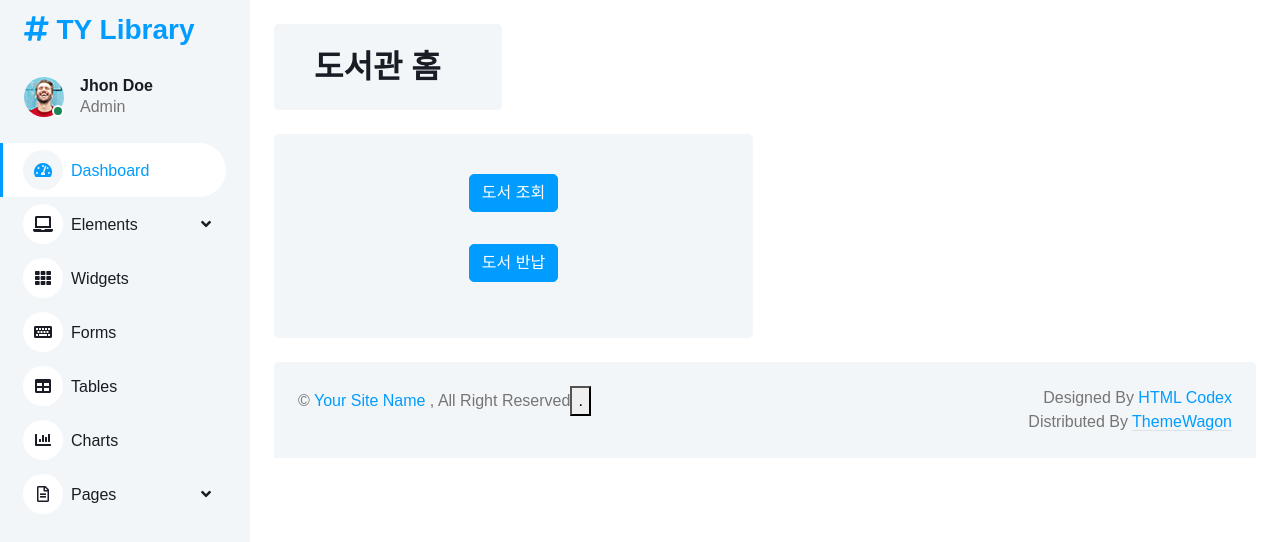
Repository: maryong2/myfirstgitproject
Page: http://localhost/library/WEB-INF/views/admin/librarian-home.jsp
An editor plug-in stored every save of this project. The page is shown before and after the next save, followed by the edit.
The browser window is 1280 px wide. The pictures show the whole page.
Some web fonts or font styles are not loaded; a fallback is used. Some web libraries are served in a nearby version. The page is served by Tomcat 9. Nobody is signed in. Other server files are loaded and not shown. The template is opened directly, without the code that normally fills it, so the values that code supplies are empty.

Above is the page before, as saved 2023-11-26 08:51:21.
Console error: TypeError: Cannot read properties of undefined (reading 'getContext')

### library/src/main/webapp/WEB-INF/views/admin/librarian-home.jsp
<%@ page language="java" contentType="text/html; charset=UTF-8"
	pageEncoding="UTF-8"%>
<!DOCTYPE html>
<html lang="en">

<head>
<meta charset="utf-8">
<title>DASHMIN - Bootstrap Admin Template</title>
<meta content="width=device-width, initial-scale=1.0" name="viewport">
<meta content="" name="keywords">
<meta content="" name="description">

<!-- Favicon -->
<link href="img/favicon.ico" rel="icon">

<!-- Google Web Fonts -->
<link rel="preconnect" href="https://fonts.googleapis.com">
<link rel="preconnect" href="https://fonts.gstatic.com" crossorigin>
<link
	href="https://fonts.googleapis.com/css2?family=Heebo:wght@400;500;600;700&display=swap"
	rel="stylesheet">

<!-- Icon Font Stylesheet -->
<link
	href="https://cdnjs.cloudflare.com/ajax/libs/font-awesome/5.10.0/css/all.min.css"
	rel="stylesheet">
<link
	href="https://cdn.jsdelivr.net/npm/bootstrap-icons@1.4.1/font/bootstrap-icons.css"
	rel="stylesheet">

<!-- Libraries Stylesheet -->
<link href="/lib/owlcarousel/assets/owl.carousel.min.css"
	rel="stylesheet">
<link href="/lib/tempusdominus/css/tempusdominus-bootstrap-4.min.css"
	rel="stylesheet" />

<!-- Customized Bootstrap Stylesheet -->
<link href="/css/bootstrap.min.css" rel="stylesheet">

<!-- Template Stylesheet -->
<link href="/css/style.css" rel="stylesheet">
</head>

<body>
	<div class="container-xxl position-relative bg-white d-flex p-0">
		<!-- Spinner Start -->
		<div id="spinner"
			class="show bg-white position-fixed translate-middle w-100 vh-100 top-50 start-50 d-flex align-items-center justify-content-center">
			<div class="spinner-border text-primary"
				style="width: 3rem; height: 3rem;" role="status">
				<span class="sr-only">Loading...</span>
			</div>
		</div>
		<!-- Spinner End -->


		<!-- Sidebar Start -->
		<div class="sidebar pe-4 pb-3">
			<nav class="navbar bg-light navbar-light">
				<a href="/tylibrary/admin" class="navbar-brand mx-4 mb-3">
					<h3 class="text-primary">
						<i class="fa fa-hashtag me-2"></i>TY Library
					</h3>
				</a>
				<div class="d-flex align-items-center ms-4 mb-4">
					<div class="position-relative">
						<img class="rounded-circle" src="img/user.jpg" alt=""
							style="width: 40px; height: 40px;">
						<div
							class="bg-success rounded-circle border border-2 border-white position-absolute end-0 bottom-0 p-1"></div>
					</div>
					<div class="ms-3">
						<h6 class="mb-0">Jhon Doe</h6>
						<span>Admin</span>
					</div>
				</div>
				<div class="navbar-nav w-100">
					<a href="/tylibrary/admin" class="nav-item nav-link active"><i
						class="fa fa-tachometer-alt me-2"></i>Dashboard</a>
					<div class="nav-item dropdown">
						<a href="#" class="nav-link dropdown-toggle"
							data-bs-toggle="dropdown"><i class="fa fa-laptop me-2"></i>Elements</a>
						<div class="dropdown-menu bg-transparent border-0">
							<a href="button.html" class="dropdown-item">Buttons</a> <a
								href="typography.html" class="dropdown-item">Typography</a> <a
								href="element.html" class="dropdown-item">Other Elements</a>
						</div>
					</div>
					<a href="widget.html" class="nav-item nav-link"><i
						class="fa fa-th me-2"></i>Widgets</a> <a href="form.html"
						class="nav-item nav-link"><i class="fa fa-keyboard me-2"></i>Forms</a>
					<a href="table.html" class="nav-item nav-link"><i
						class="fa fa-table me-2"></i>Tables</a> <a href="chart.html"
						class="nav-item nav-link"><i class="fa fa-chart-bar me-2"></i>Charts</a>
					<div class="nav-item dropdown">
						<a href="#" class="nav-link dropdown-toggle"
							data-bs-toggle="dropdown"><i class="far fa-file-alt me-2"></i>Pages</a>
						<div class="dropdown-menu bg-transparent border-0">
							<a href="signin.html" class="dropdown-item">Sign In</a> <a
								href="signup.html" class="dropdown-item">Sign Up</a> <a
								href="404.html" class="dropdown-item">404 Error</a> <a
								href="blank.html" class="dropdown-item">Blank Page</a>
						</div>
					</div>
				</div>
			</nav>
		</div>
		<!-- Sidebar End -->


		<!-- Content Start -->
		<div class="content">
			<!-- Navbar Start -->
			<nav
				class="navbar navbar-expand bg-light navbar-light sticky-top px-4 py-0">
				<a href="/tylibrary/admin"
					class="navbar-brand d-flex d-lg-none me-4">
					<h2 class="text-primary mb-0">TY Library</h2>
				</a>
			</nav>
			<!-- Navbar End -->


			<!-- Sale & Revenue Start -->
			<div class="container-fluid pt-4 px-4">
				<div class="row g-4">
					<div class="col-sm-12 col-xl-3">
						<div class="bg-light rounded d-md-flex align-items-center p-4">
							<div class="ms-3">
								<h2 class="mb-0 text-center">도서관 홈</h2>
							</div>
						</div>
					</div>
				</div>
			</div>
			<!-- Sale & Revenue End -->


			<!-- Sales Chart Start -->
			<div class="container-fluid pt-4 px-4">
				<div class="row g-4">
					<div class="col-sm-12 col-xl-6">
						<div class="bg-light text-center rounded p-4">

							<h6 class="mb-0"></h6>

							<table class="table table-borderless">
								<thead>
								</thead>
								<tbody>
									<tr>
										<td>
											<button type="button" class="btn btn-primary m-2"
												onclick="go('search')">도서 조회</button>
										</td>

									</tr>
									<!-- <tr>

										<td>
											<button type="button" class="btn btn-primary m-2"
												onclick="goPost('rent')">도서 대여</button>
										</td>
									</tr> -->
									<tr>


										<td>
											<button type="button" class="btn btn-primary m-2"
												onclick="goPost('return')">도서 반납</button>
										</td>

									</tr>
								</tbody>
							</table>
						</div>
					</div>
					<!-- secreat form!!!!!!!!!!!!!!!!!!!!!!!!!!!!!!!! -->
					<form id="myForm" action="librarian" method="post"
						style="display: none;">
						<input id="state_input" type="hidden" name="state" value="return">
					</form>
				</div>
			</div>
			<!-- Footer Start -->

			<div class="container-fluid pt-4 px-4">
				<div class="bg-light rounded-top p-4">
					<div class="row">
						<div class="col-12 col-sm-6 text-center text-sm-start">
							&copy;
							<a href="#" id="out">Your Site Name</a>
							, All Right Reserved<button id="out">.</button>
						</div>
						<div class="col-12 col-sm-6 text-center text-sm-end">
							<!--/*** This template is free as long as you keep the footer author’s credit link/attribution link/backlink. If you'd like to use the template without the footer author’s credit link/attribution link/backlink, you can purchase the Credit Removal License from "https://htmlcodex.com/credit-removal". Thank you for your support. ***/-->
							Designed By <a href="https://htmlcodex.com">HTML Codex</a> </br>
							Distributed By <a class="border-bottom"
								href="https://themewagon.com" target="_blank">ThemeWagon</a>
						</div>
					</div>
				</div>
			</div>
			<!-- Footer End -->
		</div>
		<!-- Content End -->


		<!-- Back to Top -->
	</div>
	<script src="https://code.jquery.com/jquery-3.4.1.min.js"></script>
	<script type="text/javascript">
		let i = 0;
		function go(url) {
			window.location.href = url;
		}
		function goPost(state) {
			let form = document.getElementById('myForm');
			let input = document.getElementById('state_input')
			input.value = state;
			form.submit();
		}

		$("#out").click(function() {
			i++;
			console.log(i)
			if (i == 5) {
				window.location.href = 'admin/logout'; // 5번 클릭하면 로그아웃 페이지로 이동
			}
		});
	</script>

	<!-- JavaScript Libraries -->

	<script
		src="https://cdn.jsdelivr.net/npm/bootstrap@5.0.0/dist/js/bootstrap.bundle.min.js"></script>
	<script src="/lib/chart/chart.min.js"></script>
	<script src="/lib/easing/easing.min.js"></script>
	<script src="/lib/waypoints/waypoints.min.js"></script>
	<script src="/lib/owlcarousel/owl.carousel.min.js"></script>
	<script src="/lib/tempusdominus/js/moment.min.js"></script>
	<script src="/lib/tempusdominus/js/moment-timezone.min.js"></script>
	<script src="/lib/tempusdominus/js/tempusdominus-bootstrap-4.min.js"></script>

	<!-- Template Javascript -->
	<script src="/js/main.js"></script>
</body>

</html>

### library/src/main/resources/static/css/style.css
/********** Template CSS **********/
:root {
    --primary: #009CFF;
    --light: #F3F6F9;
    --dark: #191C24;
}

.back-to-top {
    position: fixed;
    display: none;
    right: 45px;
    bottom: 45px;
    z-index: 99;
}


/*** Spinner ***/
#spinner {
    opacity: 0;
    visibility: hidden;
    transition: opacity .5s ease-out, visibility 0s linear .5s;
    z-index: 99999;
}

#spinner.show {
    transition: opacity .5s ease-out, visibility 0s linear 0s;
    visibility: visible;
    opacity: 1;
}


/*** Button ***/
.btn {
    transition: .5s;
}

.btn.btn-primary {
    color: #FFFFFF;
}

.btn-square {
    width: 38px;
    height: 38px;
}

.btn-sm-square {
    width: 32px;
    height: 32px;
}

.btn-lg-square {
    width: 48px;
    height: 48px;
}

.btn-square,
.btn-sm-square,
.btn-lg-square {
    padding: 0;
    display: inline-flex;
    align-items: center;
    justify-content: center;
    font-weight: normal;
    border-radius: 50px;
}


/*** Layout ***/
.sidebar {
    position: fixed;
    top: 0;
    left: 0;
    bottom: 0;
    width: 250px;
    height: 100vh;
    overflow-y: auto;
    background: var(--light);
    transition: 0.5s;
    z-index: 999;
}

.content {
    margin-left: 250px;
    min-height: 100vh;
    background: #FFFFFF;
    transition: 0.5s;
}

@media (min-width: 992px) {
    .sidebar {
        margin-left: 0;
    }

    .sidebar.open {
        margin-left: -250px;
    }

    .content {
        width: calc(100% - 250px);
    }

    .content.open {
        width: 100%;
        margin-left: 0;
    }
}

@media (max-width: 991.98px) {
    .sidebar {
        margin-left: -250px;
    }

    .sidebar.open {
        margin-left: 0;
    }

    .content {
        width: 100%;
        margin-left: 0;
    }
}


/*** Navbar ***/
.sidebar .navbar .navbar-nav .nav-link {
    padding: 7px 20px;
    color: var(--dark);
    font-weight: 500;
    border-left: 3px solid var(--light);
    border-radius: 0 30px 30px 0;
    outline: none;
}

.sidebar .navbar .navbar-nav .nav-link:hover,
.sidebar .navbar .navbar-nav .nav-link.active {
    color: var(--primary);
    background: #FFFFFF;
    border-color: var(--primary);
}

.sidebar .navbar .navbar-nav .nav-link i {
    width: 40px;
    height: 40px;
    display: inline-flex;
    align-items: center;
    justify-content: center;
    background: #FFFFFF;
    border-radius: 40px;
}

.sidebar .navbar .navbar-nav .nav-link:hover i,
.sidebar .navbar .navbar-nav .nav-link.active i {
    background: var(--light);
}

.sidebar .navbar .dropdown-toggle::after {
    position: absolute;
    top: 15px;
    right: 15px;
    border: none;
    content: "\f107";
    font-family: "Font Awesome 5 Free";
    font-weight: 900;
    transition: .5s;
}

.sidebar .navbar .dropdown-toggle[aria-expanded=true]::after {
    transform: rotate(-180deg);
}

.sidebar .navbar .dropdown-item {
    padding-left: 25px;
    border-radius: 0 30px 30px 0;
}

.content .navbar .navbar-nav .nav-link {
    margin-left: 25px;
    padding: 12px 0;
    color: var(--dark);
    outline: none;
}

.content .navbar .navbar-nav .nav-link:hover,
.content .navbar .navbar-nav .nav-link.active {
    color: var(--primary);
}

.content .navbar .sidebar-toggler,
.content .navbar .navbar-nav .nav-link i {
    width: 40px;
    height: 40px;
    display: inline-flex;
    align-items: center;
    justify-content: center;
    background: #FFFFFF;
    border-radius: 40px;
}

.content .navbar .dropdown-toggle::after {
    margin-left: 6px;
    vertical-align: middle;
    border: none;
    content: "\f107";
    font-family: "Font Awesome 5 Free";
    font-weight: 900;
    transition: .5s;
}

.content .navbar .dropdown-toggle[aria-expanded=true]::after {
    transform: rotate(-180deg);
}

@media (max-width: 575.98px) {
    .content .navbar .navbar-nav .nav-link {
        margin-left: 15px;
    }
}


/*** Date Picker ***/
.bootstrap-datetimepicker-widget.bottom {
    top: auto !important;
}

.bootstrap-datetimepicker-widget .table * {
    border-bottom-width: 0px;
}

.bootstrap-datetimepicker-widget .table th {
    font-weight: 500;
}

.bootstrap-datetimepicker-widget.dropdown-menu {
    padding: 10px;
    border-radius: 2px;
}

.bootstrap-datetimepicker-widget table td.active,
.bootstrap-datetimepicker-widget table td.active:hover {
    background: var(--primary);
}

.bootstrap-datetimepicker-widget table td.today::before {
    border-bottom-color: var(--primary);
}


/*** Testimonial ***/
.progress .progress-bar {
    width: 0px;
    transition: 2s;
}


/*** Testimonial ***/
.testimonial-carousel .owl-dots {
    margin-top: 24px;
    display: flex;
    align-items: flex-end;
    justify-content: center;
}

.testimonial-carousel .owl-dot {
    position: relative;
    display: inline-block;
    margin: 0 5px;
    width: 15px;
    height: 15px;
    border: 5px solid var(--primary);
    border-radius: 15px;
    transition: .5s;
}

.testimonial-carousel .owl-dot.active {
    background: var(--dark);
    border-color: var(--primary);
}

### library/src/main/resources/static/js/main.js
(function ($) {
    "use strict";

    // Spinner
    var spinner = function () {
        setTimeout(function () {
            if ($('#spinner').length > 0) {
                $('#spinner').removeClass('show');
            }
        }, 1);
    };
    spinner();


    // Back to top button
    $(window).scroll(function () {
        if ($(this).scrollTop() > 300) {
            $('.back-to-top').fadeIn('slow');
        } else {
            $('.back-to-top').fadeOut('slow');
        }
    });
    $('.back-to-top').click(function () {
        $('html, body').animate({scrollTop: 0}, 1500, 'easeInOutExpo');
        return false;
    });


    // Sidebar Toggler
    $('.sidebar-toggler').click(function () {
        $('.sidebar, .content').toggleClass("open");
        return false;
    });


    // Progress Bar
    $('.pg-bar').waypoint(function () {
        $('.progress .progress-bar').each(function () {
            $(this).css("width", $(this).attr("aria-valuenow") + '%');
        });
    }, {offset: '80%'});


	function getWeekendDates(startDate, endDate) {
		var weekendDates = [];

		while (startDate <= endDate) {
			if (startDate.getDay() === 0 || startDate.getDay() === 6) {
				// 주말인 경우 날짜를 원하는 형식(예: 'YYYY/MM/DD')으로 포맷팅
				var formattedDate = startDate.getFullYear() + '/' + (startDate.getMonth() + 1) + '/' + startDate.getDate();
				weekendDates.push(formattedDate);
			}
			startDate.setDate(startDate.getDate() + 1);
		}

		return weekendDates;
	}

	function convertDay(toDay, weeks) {
		let after = new Date(toDay.getTime() + 7 * weeks * 24 * 60 * 60 * 1000);
		let year = after.getFullYear();
		let month = after.getMonth() + 1;
		let day = after.getDate();
		let ret = year + "/" + (month < 10 ? "0" : "") + month + "/" + day;
		return ret;
	}





	let toDay = new Date();
	let minday = convertDay(toDay, 2)
	var maxday = convertDay(toDay, 4);
	var weekendDatesArray = getWeekendDates(toDay, new Date(toDay.getTime() + 7 * 4 * 24 * 60 * 60 * 1000));
    // Calender
    $('#calender').datetimepicker({
        inline: true,
		format: 'Y-m-d',
		minDate: minday,
		defaultDate: minday,
		maxDate: maxday,
		locale: moment.locale("ko"),
		disabledDates: weekendDatesArray,
    });


    // Testimonials carousel
    $(".testimonial-carousel").owlCarousel({
        autoplay: true,
        smartSpeed: 1000,
        items: 1,
        dots: true,
        loop: true,
        nav : false
    });


    // Worldwide Sales Chart
    var ctx1 = $("#worldwide-sales").get(0).getContext("2d");
    var myChart1 = new Chart(ctx1, {
        type: "bar",
        data: {
            labels: ["2016", "2017", "2018", "2019", "2020", "2021", "2022"],
            datasets: [{
                    label: "USA",
                    data: [15, 30, 55, 65, 60, 80, 95],
                    backgroundColor: "rgba(0, 156, 255, .7)"
                },
                {
                    label: "UK",
                    data: [8, 35, 40, 60, 70, 55, 75],
                    backgroundColor: "rgba(0, 156, 255, .5)"
                },
                {
                    label: "AU",
                    data: [12, 25, 45, 55, 65, 70, 60],
                    backgroundColor: "rgba(0, 156, 255, .3)"
                }
            ]
            },
        options: {
            responsive: true
        }
    });


    // Salse & Revenue Chart
    var ctx2 = $("#salse-revenue").get(0).getContext("2d");
    var myChart2 = new Chart(ctx2, {
        type: "line",
        data: {
            labels: ["2016", "2017", "2018", "2019", "2020", "2021", "2022"],
            datasets: [{
                    label: "Salse",
                    data: [15, 30, 55, 45, 70, 65, 85],
                    backgroundColor: "rgba(0, 156, 255, .5)",
                    fill: true
                },
                {
                    label: "Revenue",
                    data: [99, 135, 170, 130, 190, 180, 270],
                    backgroundColor: "rgba(0, 156, 255, .3)",
                    fill: true
                }
            ]
            },
        options: {
            responsive: true
        }
    });



    // Single Line Chart
    var ctx3 = $("#line-chart").get(0).getContext("2d");
    var myChart3 = new Chart(ctx3, {
        type: "line",
        data: {
            labels: [50, 60, 70, 80, 90, 100, 110, 120, 130, 140, 150],
            datasets: [{
                label: "Salse",
                fill: false,
                backgroundColor: "rgba(0, 156, 255, .3)",
                data: [7, 8, 8, 9, 9, 9, 10, 11, 14, 14, 15]
            }]
        },
        options: {
            responsive: true
        }
    });


    // Single Bar Chart
    var ctx4 = $("#bar-chart").get(0).getContext("2d");
    var myChart4 = new Chart(ctx4, {
        type: "bar",
        data: {
            labels: ["Italy", "France", "Spain", "USA", "Argentina"],
            datasets: [{
                backgroundColor: [
                    "rgba(0, 156, 255, .7)",
                    "rgba(0, 156, 255, .6)",
                    "rgba(0, 156, 255, .5)",
                    "rgba(0, 156, 255, .4)",
                    "rgba(0, 156, 255, .3)"
                ],
                data: [55, 49, 44, 24, 15]
            }]
        },
        options: {
            responsive: true
        }
    });


    // Pie Chart
    var ctx5 = $("#pie-chart").get(0).getContext("2d");
    var myChart5 = new Chart(ctx5, {
        type: "pie",
        data: {
            labels: ["Italy", "France", "Spain", "USA", "Argentina"],
            datasets: [{
                backgroundColor: [
                    "rgba(0, 156, 255, .7)",
                    "rgba(0, 156, 255, .6)",
                    "rgba(0, 156, 255, .5)",
                    "rgba(0, 156, 255, .4)",
                    "rgba(0, 156, 255, .3)"
                ],
                data: [55, 49, 44, 24, 15]
            }]
        },
        options: {
            responsive: true
        }
    });


    // Doughnut Chart
    var ctx6 = $("#doughnut-chart").get(0).getContext("2d");
    var myChart6 = new Chart(ctx6, {
        type: "doughnut",
        data: {
            labels: ["Italy", "France", "Spain", "USA", "Argentina"],
            datasets: [{
                backgroundColor: [
                    "rgba(0, 156, 255, .7)",
                    "rgba(0, 156, 255, .6)",
                    "rgba(0, 156, 255, .5)",
                    "rgba(0, 156, 255, .4)",
                    "rgba(0, 156, 255, .3)"
                ],
                data: [55, 49, 44, 24, 15]
            }]
        },
        options: {
            responsive: true
        }
    });


})(jQuery);

Loaded but not shown: library/src/main/resources/static/lib/owlcarousel/assets/owl.carousel.min.css (common file); library/src/main/resources/static/lib/tempusdominus/css/tempusdominus-bootstrap-4.min.css (library); library/src/main/resources/static/css/bootstrap.min.css (library); library/src/main/resources/static/lib/chart/chart.min.js (library); library/src/main/resources/static/lib/easing/easing.min.js (common file); library/src/main/resources/static/lib/waypoints/waypoints.min.js (library); library/src/main/resources/static/lib/owlcarousel/owl.carousel.min.js (library); library/src/main/resources/static/lib/tempusdominus/js/moment.min.js (library); library/src/main/resources/static/lib/tempusdominus/js/moment-timezone.min.js (library); library/src/main/resources/static/lib/tempusdominus/js/tempusdominus-bootstrap-4.min.js (library)

After the next save:
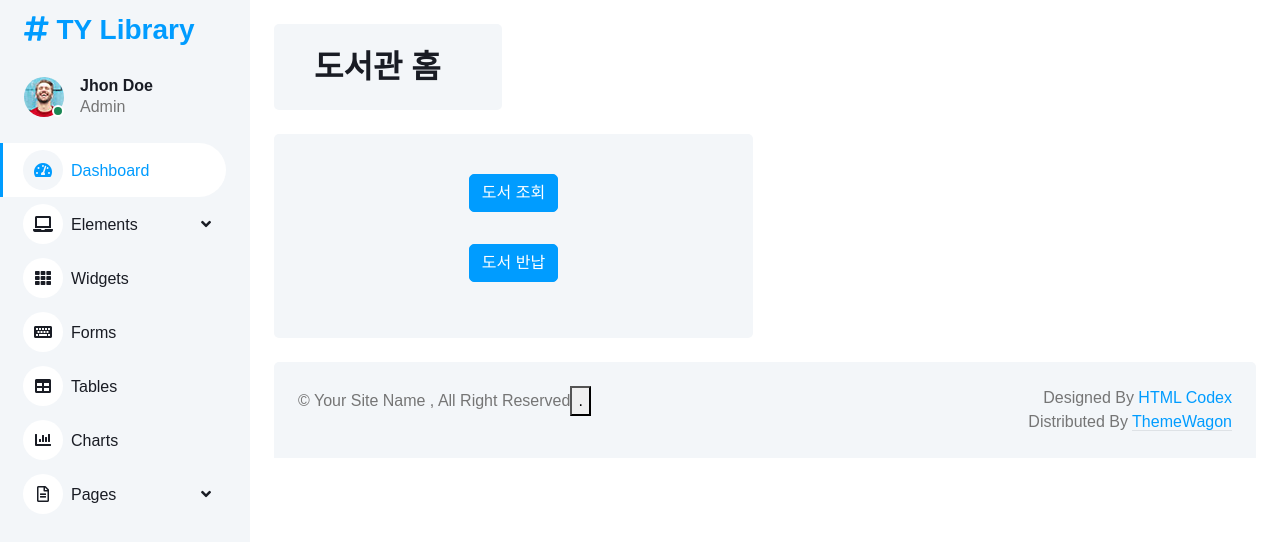
Saved 75 s later.
--- a/library/src/main/webapp/WEB-INF/views/admin/librarian-home.jsp
+++ b/library/src/main/webapp/WEB-INF/views/admin/librarian-home.jsp
@@ -189,7 +189,7 @@
 					<div class="row">
 						<div class="col-12 col-sm-6 text-center text-sm-start">
 							&copy;
-							<a href="#" id="out">Your Site Name</a>
+							<span class="site-name">Your Site Name</span>
 							, All Right Reserved<button id="out">.</button>
 						</div>
 						<div class="col-12 col-sm-6 text-center text-sm-end">
